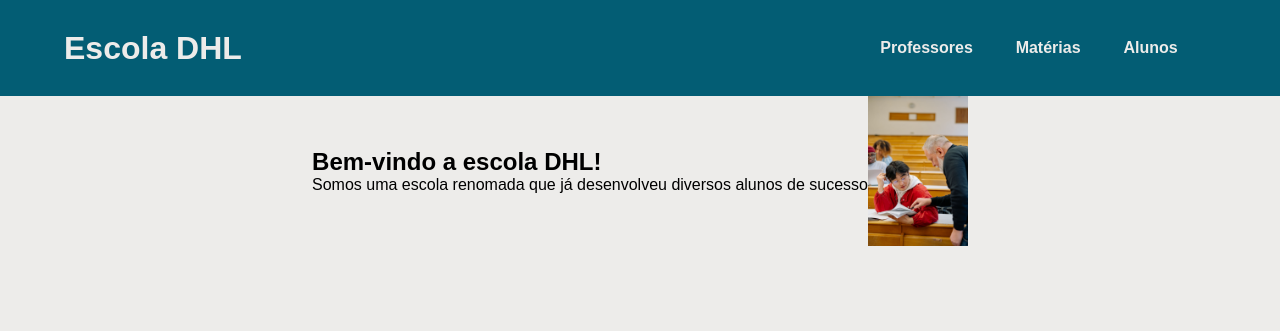
Repository: SirHick/sa-sistema-escola-DHL
Page: front/index.html
An editor plug-in stored every save of this project. The page is shown before and after the next save, followed by the edit.
The browser window is 1280 px wide. The pictures show the whole page.

Above is the page before, as saved 2026-07-17 15:33:27.

### front/index.html
<!DOCTYPE html>
<html lang="pt-br">
<head>
    <meta charset="UTF-8">
    <meta name="viewport" content="width=device-width, initial-scale=1.0">
    <title>Escola SA</title>
    <link rel="stylesheet" href="style.css">
</head>
<body>
    <header>

        <h1>Escola DHL</h1>

        <nav>
            <a href="">Professores</a>
            <a href="">Matérias</a>
            <a href="">Alunos</a>
        </nav>
    </header>

    <main class = "hero-section">
        <section class = "main-text-hero-section">
            <h2>Bem-vindo a escola DHL!</h2>

            <p>Somos uma escola renomada que já
                desenvolveu diversos alunos de sucesso</p>
        </section>

        <img src="images/student-and-teacher.jpg" alt="A student receiving help from his teacher">
    </main>


    <script src="script.js"></script>
</body>
</html>

### front/style.css
*{
    margin: 0;
    padding: 0;
    box-sizing: border-box;
    object-fit: cover;
    font-family: 'Nunito', sans-serif;
}

img{
    width: 100px;
}

body{
    background: #EDECEA;
}

header{
    background: #035D74;
    width: 100vw;
    height: 6rem;
    max-height: 8rem;
    display: grid;
    grid-template-columns: 1fr 1fr;
    align-items: center;
    padding-left: 5vw;
    padding-right: 5vw;
}

header h1{
    color: #EDECEA;
}

header nav{
    justify-self: end;

}

header nav a{
    text-decoration: none;
    color: #EDECEA;
    font-weight: 700;
    margin-right: 3vw;
}

.hero-section{
    justify-self: center;
    display: flex;
    align-items: center;
}

Loaded but not shown: front/script.js (no stored copy; drawn as an empty file)

After the next save:
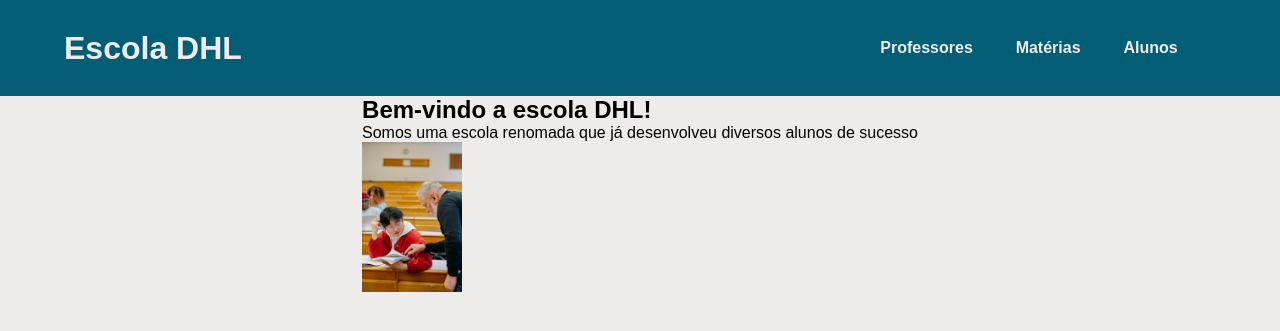
Saved 7 s later.
--- a/front/style.css
+++ b/front/style.css
@@ -44,6 +44,5 @@ header nav a{
 
 .hero-section{
     justify-self: center;
-    display: flex;
-    align-items: center;
+    align-content: center;
 }
